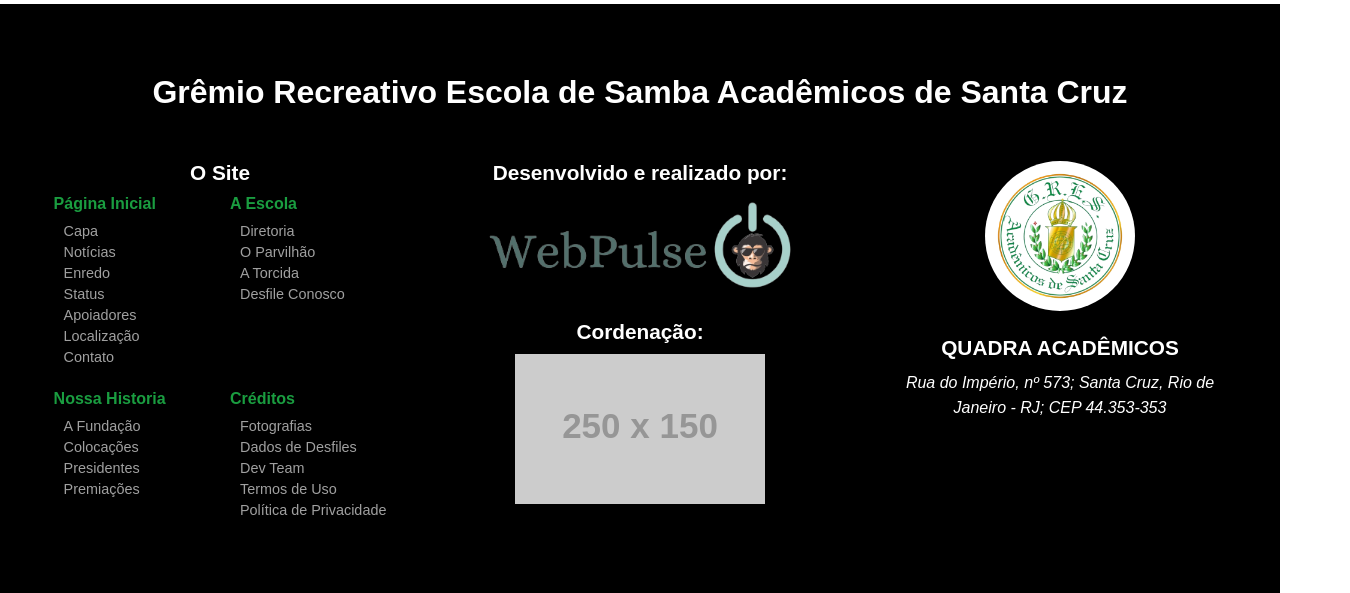
Repository: Lorsuz/gresasco
Page: index.html
An editor plug-in stored every save of this project. The page is shown before and after the next save, followed by the edit.
The browser window is 1280 px wide. The page is 1350 px wide, so the pictures cover 1350 px, including what lies to the right of the window. The pictures show the part of the page from y = 3546 to 4139 px (the page is 4139 px tall).
Some web fonts or font styles are not loaded; a fallback is used. The style sheet was rebuilt from its Sass, Less or Tailwind sources for each picture, by a compiler version that may differ from the author's.

Above is the page before, as saved 2023-11-05 17:34:01.

### index.html
<!DOCTYPE html>
<html lang="en">
	<head>
		<meta charset="UTF-8">
		<meta name="viewport" content="width=device-width, initial-scale=1.0">
		<link rel="shortcut icon" href="/components/assets/images/logo - gresasc.jpg" type="image/x-icon">
		<title>Home</title>
		<link rel="stylesheet" href="/components/css/partials/header.css">
		<link rel="stylesheet" href="/components/css/index.css">
		<link rel="stylesheet" href="/components/css/partials/footer.css">
		<link rel="stylesheet" href="https://cdnjs.cloudflare.com/ajax/libs/font-awesome/6.4.2/css/all.min.css" integrity="sha512-z3gLpd7yknf1YoNbCzqRKc4qyor8gaKU1qmn+CShxbuBusANI9QpRohGBreCFkKxLhei6S9CQXFEbbKuqLg0DA==" crossorigin="anonymous" referrerpolicy="no-referrer" />
		<link rel="stylesheet" href="https://cdn.jsdelivr.net/npm/swiper@11/swiper-bundle.min.css" />
		<link rel="stylesheet" href="https://cdn.jsdelivr.net/npm/bootstrap-icons@1.11.1/font/bootstrap-icons.css">
	</head>
	<body>
		<header class="wrapper">
			<article class="nav-bar wrapper__container">
				<section class="logo">
					<img src="/components/assets/images/logo - gresasc.jpg" alt="">
				</section>
				<nav>
					<ul>
						<li><a href="#">Página Inicial</a></li>
						<li><a href="#">A Escola</a></li>
						<li><a href="#">Nossa Historia</a></li>
						<li><a href="#">Socio Torcedor</a></li>
						<li><a href="#">Créditos</a></li>
					</ul>
				</nav>
			</article>
		</header>
		<main class="">
			<section class="cover wrapper">
				<div class="wrapper__container">
					<div class="left">
						<div class="container">
							<h2>Grêmio Recreativo Escola de Samba</h2>
							<h1>Acadêmicos de Santa Cruz</h1>
							<p>Bem-vindos! Aqui o samba é vida, a cultura é paixão e a alegria é eterna. No coração de Santa Cruz,
								encontre a felicidade em cada batida de tambor. Feliz da vida é quem tem a Santa Cruz no coração.</p>
							<a href="/components/pages/not-found.html">Ir para Loja</a>
						</div>
					</div>
					<div class="right">
						<div class="img">
							<img src="/components/assets/images/logo - gresasc.jpg" alt="">
						</div>
						<ul class="social-links">
							<li>
								<a href="">
									<i class="fa-brands fa-instagram"></i>
								</a>
							</li>
							<li>
								<a href="">
									<i class="fa-brands fa-facebook"></i>
								</a>
							</li>
							<li>
								<a href="">
									<i class="fa-brands fa-youtube"></i>
								</a>
							</li>
							<li>
								<a href="">
									<i class="fa-brands fa-x-twitter"></i>
								</a>
							</li>
						</ul>
					</div>
				</div>
			</section>
			<article class="nav-info">
				<section class="contact">
					<div>
						<i class="fa-solid fa-phone"></i>
						<span>+55 (43) 9 3421-7348</span>
					</div>
					<div>
						<i class="fa-solid fa-envelope"></i>
						<span>gresasc@academicos.com</span>
					</div>
				</section>
				<p>Siga-nos e consiga a chance de ganhar 80% de desconto</p>
				<section class="social-network">
					<span>Redes Sociais:</span>
					<div>
						<a href=""><i class="fa-brands fa-twitter"></i></a>
						<a href=""><i class="fa-brands fa-instagram"></i></a>
						<a href=""><i class="fa-brands fa-youtube"></i></a>
						<a href=""><i class="fa-brands fa-facebook"></i></a>
					</div>
				</section>
			</article>
			<section class="banner">
				<div class="slides">
				</div>
				<div class="prev"></div>
				<div class="next"></div>
				<div class="pagination"></div>
				<div class="img"><img src="https://placehold.co/1350x700" alt=""></div>
			</section>
			<section class="plot wrapper">
				<div class="description">
					<h2>Enredo 2024</h2>
					<h1>As bruxas estão soltas!</h1>
					<p>O enredo "As Bruxas Estão Soltas!" celebra o poder feminino, explorando a manifestação das energias
						ancestrais através da Deusa Terra e dos quatro elementos da criação.
					</p>
					<p> A narrativa aborda a conexão entre passado e presente, destacando as mulheres que, ao longo da
						história,
						detinham conhecimentos medicinais e
						espirituais, mas foram perseguidas sob a acusação de bruxaria.
					</p>
					<p>O enredo também aborda a resistência dessas
						mulheres e sua contínua luta contra o machismo e a intolerância, honrando a força do sagrado feminino e
						a
						capacidade de voar além dos limites impostos, como estrelas brilhantes no céu.</p>
					<span>Iae, gostou? Para ter acesso a nossa sinopse completa basta baixar o PDF a baixo:</span>
					<button class="custom-button">Baixar Sinopse</button>
				</div>
				<div class="disc-cover">
					<img src="/components/assets/images/Plot/plot-2024.jpeg" alt="Logo Enredo-2024">
					<div class="icons">
						<button id="play-song">
							<i class="bi bi-play"></i>
						</button>
						<button id="pause-song">
							<i class="bi bi-pause"></i>
						</button>
					</div>
				</div>
			</section>
			<section class="sponsors">
				<h1>Patrocinadores e Apoiadores</h1>
				<div class="swiper">
					<div class="swiper-wrapper"></div>
					<div class="swiper-pagination"></div>
				</div>
			</section>
			<section class="details">
				<ul>
					<li>
						<h2>15</h2>
						<h3>Anos</h3>
					</li>
					<li>
						<h2>150K</h2>
						<h3>Membros</h3>
					</li>
					<li>
						<h2>15</h2>
						<h3>Trofeus</h3>
					</li>
					<li>vb
						<h2>100+</h2>
						<h3>Patrocinios</h3>
					</li>
				</ul>
			</section>
			<section class="map">
				<iframe src="https://www.google.com/maps/embed?pb=!1m18!1m12!1m3!1d3674.902216920123!2d-43.69324992558163!3d-22.916977238233624!2m3!1f0!2f0!3f0!3m2!1i1024!2i768!4f13.1!3m3!1m2!1s0x9bf7524c69eb5b%3A0xc5d324fb7fbbd336!2sR.%20do%20Imp%C3%A9rio%2C%20573%20-%20Santa%20Cruz%2C%20Rio%20de%20Janeiro%20-%20RJ%2C%2023555-024!5e0!3m2!1spt-BR!2sbr!4v1698871972883!5m2!1spt-BR!2sbr" width="600" height="450" style="border:0;" allowfullscreen="" loading="lazy" referrerpolicy="no-referrer-when-downgrade"></iframe>
			</section>
		</main>
		<footer>
			<h1>Grêmio Recreativo Escola de Samba Acadêmicos de Santa Cruz</h1>
			<section class="container wrapper">
				<article class="structure">
					<h2>O Site</h2>
					<ul>
						<li><a href="#">Página Inicial</a>
							<ul>
								<li><a href="">Capa</a></li>
								<li><a href="">Notícias</a></li>
								<li><a href="">Enredo</a></li>
								<li><a href="">Status</a></li>
								<li><a href="">Apoiadores</a></li>
								<li><a href="">Localização</a></li>
								<li><a href="">Contato</a></li>
							</ul>
						</li>
						<li><a href="#">A Escola</a>
							<ul>
								<li><a href="">Diretoria</a></li>
								<li><a href="">O Parvilhão</a></li>
								<li><a href="">A Torcida</a></li>
								<li><a href="">Desfile Conosco</a></li>
							</ul>
						</li>
						<li><a href="#">Nossa Historia</a>
							<ul>
								<li><a href="">A Fundação</a></li>
								<li><a href="">Colocações</a></li>
								<li><a href="">Presidentes</a></li>
								<li><a href="">Premiações</a></li>
							</ul>

						</li>
						<li><a href="#">Créditos</a>
							<ul>
								<li><a href="">Fotografias</a></li>
								<li><a href="">Dados de Desfiles</a></li>
								<li><a href="">Dev Team</a></li>
								<li><a href="">Termos de Uso</a></li>
								<li><a href="">Política de Privacidade</a></li>
							</ul>
						</li>
				</article>
				<article class="dev">
					<h2>Desenvolvido e realizado por:</h2>
					<div class="img"><img src="/components/assets/images/Logo/webpulse sem bg.png" alt="Logo do Desenvolvedor"></div>
					<h2>Cordenação:</h2>
					<img src="https://placehold.co/250x150" alt="Logo da Cordenação">
				</article>
				<article class="address">
					<img src="/components/assets/images/Logo/santa-cruz-logo-removebg-preview.png" alt="Logo da escola">
					<h2>QUADRA ACADÊMICOS</h2>
					<address>Rua do Império, nº 573; Santa Cruz, Rio de Janeiro - RJ; CEP 44.353-353</address>
				</article>
			</section>
		</footer>
		<script type="module" src="/components/js/index.js" deffer></script>
		<script src="https://cdn.jsdelivr.net/npm/swiper@11/swiper-bundle.min.js" deffer></script>
	</body>
</html>

### components/js/index.js
import './APIs/Sponsors.js';

### components/js/APIs/Sponsors.js
import sponsors from '../functions/Swiper.js';

const container = document.querySelector( '.sponsors .swiper-wrapper' );

fetch( "components/json/data.json" ).then( ( response ) => {
	response.json().then( ( data ) => {
		data.sponsors.map( ( obj ) => {
			container.innerHTML +=
				`
				<div class="swiper-slide">
				<img
					src="${ obj.image }"
					alt="${ obj.alt }">
				</div>
				`;
		} );
		sponsors();
	} );
} );

### components/js/functions/Swiper.js
import SwiperConfigSponsors from "../classes/SwiperConfigSponsors.js";

function sponsors() {
	return new Swiper('.sponsors .swiper', SwiperConfigSponsors);
}

export default sponsors

### components/js/classes/SwiperConfigSponsors.js
const SwiperConfigSponsors = {
	direction: 'horizontal',
	loop: true,
	slidesPerView: 1,
	grabCursor: true,
	autoplay: {
		delay: 2500,
		disableOnInteraction: false,
	},
	pagination: {
		el: '.swiper-pagination',
		clickable: true,
	},
	navigation: {
		nextEl: '.swiper-button-next',
		prevEl: '.swiper-button-prev',
	},
	scrollbar: {
		el: '.swiper-scrollbar',
	},
	mousewheel: {
		forceToAxis: true,
	},
	breakpoints: {
		740: {
			slidesPerView: 2,
		},
		1024: {
			slidesPerView: 3,
		},
	},
};

export default SwiperConfigSponsors;

### components/json/data.json
{
	"sponsors": [
		{
			"image": "https://upload.wikimedia.org/wikipedia/commons/thumb/c/ce/Coca-Cola_logo.svg/2560px-Coca-Cola_logo.svg.png",
			"alt": ""
		},
		{
			"image": "https://upload.wikimedia.org/wikipedia/commons/thumb/e/e9/Pepsi_logo_2008.svg/2560px-Pepsi_logo_2008.svg.png",
			"alt": ""
		},
		{
			"image": "https://1000logos.net/wp-content/uploads/2017/03/McDonalds-Logo-1953.png",
			"alt": ""
		},
		{
			"image": "https://responseservices.net/public/uploads/employer/JOBPORTAL-1639545744.png",
			"alt": ""
		},
		{
			"image": "https://seeklogo.com/images/C/Corinthians_Bras_and__227_o-logo-E92E44B595-seeklogo.com.png",
			"alt": ""
		},
		{
			"image": "https://upload.wikimedia.org/wikipedia/commons/thumb/6/6f/Brasao_do_Sao_Paulo_Futebol_Clube.svg/2054px-Brasao_do_Sao_Paulo_Futebol_Clube.svg.png",
			"alt": ""
		},
		{
			"image": "/components/assets/images/Sponsors/La-Dame-Femme.png",
			"alt": ""
		}
	]
}

### components/sass/partials/header.scss
@import url("./global.css");

header {
	* {
		color: rgb(218, 218, 218);
	}

	.nav-bar {
		display: flex;
		justify-content: space-between;
		align-items: center;

		section {
			height: 70px;

			&.logo {
				display: flex;
				align-items: center;
				justify-content: center;

				img {
					width: 60px;
					margin-right: 15px;
				}

				span {
					font-size: 2rem;
					color: var(--color-text-soft);
					font-weight: bold;
				}
			}

		}

		nav {
			display: flex;

			ul {
				display: flex;

				li {
					margin: 0 20px;

					a {
						color: var(--color-text-soft);
						font-weight: bold;
						position: relative;

						&::after {
							content: "";
							width: 0%;
							position: absolute;
							height: 3px;
							background: var(--color-primary-soft);
							top: 100%;
							left: 0;
							transition: 300ms ease-in-out;
							transform-origin: right;
						}

						&:hover::after {
							width: 100%;
						}
					}
				}
			}

		}
	}
}

### components/sass/index.scss
@import url("./partials/global.css");

main {

	.cover {
		height: 85vh;

		> div {
			align-items: center;
			display: flex;
			justify-content: space-between;

			> div {

				&.left {
					width: 50%;

					.container {
						h2 {
							color: var(--color-primary-soft);
							font-family: wedding;
							font-size: 2.5rem;
						}

						h1 {
							color: var(--color-primary-soft);
							font-family: wedding;
							font-size: 3.9rem;
							margin-bottom: 20px;
						}

						p {
							color: var(--color-text-soft);
							font-size: 1.1rem;
							margin-bottom: 50px;
						}

						a {
							background: var(--color-primary-soft);
							border-radius: 10px 0;
							color: var(--color-white);
							display: inline-block;
							font-weight: bold;
							padding: 10px 50px;

							&:hover {
								background: var(--color-primary);
								border-radius: 0px 10px;
							}
						}
					}
				}

				&.right {
					width: 40%;

					.img {
						align-items: center;
						display: flex;
						justify-content: center;
						margin-bottom: 0px;

						img {
							width: 450px;
						}
					}

					.social-links {
						display: flex;
						justify-content: center;

						li {
							margin: 0 10px;
							position: relative;
							top: 0;

							a {
								i {
									font-size: 2.4rem;
									color: var(--color-text-soft);

								}
							}

							&:hover {
								top: -5px;

								a {
									i {
										color: var(--color-primary-soft);

									}


								}
							}

						}
					}
				}
			}
		}
	}

	.nav-info {
		background: var(--color-primary);
		display: flex;
		justify-content: space-between;
		align-items: center;
		height: 40px;
		padding: 0 2%;
		grid-column: 1 / 13;

		* {

			color: #fff;
		}


		> p {
			cursor: pointer;
			font-size: 0.8rem;


			&:hover {
				color: white;
			}
		}

		section {
			display: flex;

			&.contact {
				div {
					display: flex;
					align-items: center;
					margin-right: 30px;
					cursor: pointer;

					i {
						margin-right: 5px;
					}

					span {
						font-size: 0.8rem;
					}

					&:hover {

						i,
						span {
							color: white;

						}
					}
				}
			}

			&.social-network {
				display: flex;
				align-items: center;
				justify-content: center;

				span {
					margin-right: 15px;
					font-size: 0.8rem;

				}

				a {
					margin: 0 3px;

					i {
						font-size: 1.2rem;
					}

					&:hover {
						i {
							color: white;
							cursor: pointer;

						}
					}
				}
			}
		}
	}

	.plot {
		align-items: center;
		min-height: 100vh ;


		.description {
			grid-column: 2/7;

			h2 {
				font-size: 2rem;
				color: var(--color-primary);
			}

			h1 {
				margin-bottom: 20px;
				font-size: 2.5rem;
				color: var(--color-text);
			}

			p {
				color: var(--color-text-soft);
				text-align: justify;
				margin-bottom: 10px;
			}

			span {
				margin-top: 30px;
				margin-bottom: 20px;
				display: block;
				color: var(--color-text);
			}

			button {
				display: block;
			}
		}

		.disc-cover {
			grid-column: 8/13;
			display: flex;
			justify-content: center;
			align-items: center;
			position: relative;
			width: 500px;
			box-shadow: -10px -10px 10px 0 #fff, 10px 10px 10px 0 rgba(0, 0, 0, 0.600);
			height: 400px;
			overflow: hidden;
			border-radius: 6px;


			img {
				display: flex;
				justify-content: center;
				align-items: center;
				width: 100%;
				height: 100%;
				object-fit: cover;
			}

			.icons {
				align-items: center;
				background: rgba(0, 0, 0, 0.6);
				border-radius: 6px;
				display: flex;
				height: 100%;
				justify-content: center;
				left: 0;
				opacity: 0;
				position: absolute;
				top: 0;
				transition: 300ms;
				width: 100%;


				button {
					align-items: center;
					border-radius: 50%;
					border: 3px solid transparent;
					cursor: pointer;
					display: flex;
					height: 80px;
					justify-content: center;
					transition: 300ms;
					width: 80px;
					background: #000;


					i {
						color: white;
						font-size: 4rem;
					}

					&#play-song {
						padding-left: 8px;
					}

					&#pause-song {
						display: none;
					}

					&:hover {
						border: 3px solid white;
					}
				}
			}


			&:hover .icons {
				opacity: 1;
			}


		}

	}

	.sponsors {
		padding: 50px 0;
		height: 500px;

		h1 {
			font-size: 2rem;
			text-align: center;
			text-transform: uppercase;
			font-family: Poppins, sans-serif;
			color: var(--color-text);

		}

		.swiper {
			.swiper-wrapper {
				height: 300px;

				.swiper-slide {
					display: flex;
					align-items: center;
					justify-content: center;
					overflow: hidden;
					border-radius: 5px;

					img {
						width: 350px;
						height: 200px;
						object-fit: scale-down;
					}
				}
			}

			.swiper-button-prev {}

			.swiper-button-next {}

			.swiper-pagination {
				.swiper-pagination-bullet {
					background: var(--color-primary);
				}
			}

			.scrollbar {}

		}
	}
	.details{
		display: flex;
		justify-content: center;
		align-items: center;
		min-height: 400px;
		ul{
			display: flex;
			li{
				padding: 40px;
				h2{
					font-size: 5rem;
					color: var(--color-text);
					text-align: center;
				}
				h3{
					color: var(--color-text-soft);
					text-align: center;

				}
			}
		}
	}
	.map{
		iframe{
			width: 100%;
			height: 500px;
		}
	}
}

### components/sass/partials/footer.scss
@import url('./global.css');

footer {
	background: #000;
	padding: 70px 20px;

	* {
		color: #fff;
	}

	h1 {
		text-align: center;
		margin-bottom: 50px;
	}

	.container {
		grid-template-columns: repeat(3, 1fr);
		gap: 20px;


		article {
			display: flex;
			flex-direction: column;
			align-items: center;

			h2 {
				font-size: 1.3rem;
				margin-bottom: 10px;
			}

			&.structure {
				grid-column: 1fr;

				> ul {
					display: grid;
					grid-template-columns: 1fr 1fr;
					justify-content: center;
					gap: 20px;

					> li {
						display: inline-block;
						grid-column: 1fr;

						> a {
							color: var(--color-primary-soft);
							font-size: 1rem;
							display: block;
							margin-bottom: 10px;
							font-weight: bold;

							&:hover {
								color: var(--color-primary);
								text-decoration: underline;

							}
						}

						> ul {
							> li {
								padding-left: 10px;

								> a {
									color: var(--color-gray);
									font-size: 0.9rem;
									margin-bottom: 5px;
									display: block;

									&:hover {
										color: var(--color-white);
										text-decoration: underline;
									}
								}
							}
						}
					}
				}
			}

			&.dev {
				grid-column: 1fr;

				.img {
					overflow: hidden;
					display: flex;
					align-items: center;
					justify-content: center;
					width: 305px;
					height: 100px;
					position: relative;
					margin-bottom: 25px;



					img {
						width: 500px;
						position: absolute;
						// clip-path: polygon(19% 30%, 81% 30%, 81% 70%, 19% 70%);
					}
				}

			}

			&.address {
				grid-column: 1fr;

				img {
					width: 150px;
					margin-bottom: 30px;
					border-radius: 50%;
					margin-bottom: 25px;
					background: #fff;
				}

				address {
					text-align: center;
					width: 80%;
					line-height: 25px;
				}

			}
		}
	}
}

### components/sass/partials/global.scss
@import url("https://fonts.googleapis.com/css2?family=Clicker+Script&display=swap");
@import url('https://fonts.googleapis.com/css2?family=Poppins:ital,wght@0,100;0,200;0,300;0,400;0,500;0,600;0,700;0,800;0,900;1,100;1,200;1,300;1,400;1,500;1,600;1,700;1,800;1,900&display=swap');

@font-face {
	font-family: wedding;
	src: url("/components/assets/fonts/Wedding\ Text\ Std\ Regular.otf");
}

@font-face {
	font-family: Poppins;
	src: url("https://fonts.googleapis.com/css2?family=Poppins:ital,wght@0,100;0,200;0,300;0,400;0,500;0,600;0,700;0,800;0,900;1,100;1,200;1,300;1,400;1,500;1,600;1,700;1,800;1,900&display=swap");
}

// @import "./animations/@keyframes.css";

:root {

	--color-primary: #008025;
	--color-black: #000000;
	--color-white: #ffffff;
	--color-gray: #a0a0a0;
	--color-text: #302e4d;

	--color-primary-soft: #1a9d40;
	--color-black-soft: #252525;
	--color-white-soft: #f2f2fc;
	--color-gray-soft: #e8dfec;
	--color-text-soft: #504e70;
}

button {
	cursor: pointer;

	* {
		cursor: pointer;
	}

	i {
		color: var(--color-primary);
		font-size: 25px;
		transition: transform 500ms ease-in-out;
	}
}

* {
	margin: 0;
	padding: 0;
	outline: none;
	border: none;
	text-decoration: none;
	box-sizing: border-box;
	list-style: none;
	font-family: "Poppins", sans-serif;
	font-family: Arial, Helvetica, sans-serif;
	transition: 300ms ease-in-out;
	// outline: 1px dotted var(--color-black-soft);
	color: var(--color-black-soft);
	background: transparent;
}

body {
	width: 100hw;
	overflow-x: hidden;

	&::-webkit-scrollbar {
		width: 5px;
	}

	&::-webkit-scrollbar-track {
		background: var(--background-middle);
	}

	&::-webkit-scrollbar-thumb {
		background: var(--color-primary);
		border-radius: 10px;
	}
}

main {
	min-height: 100vh;

	> section {
		// height: 100vh;
	}
}

.wrapper {
	display: grid;
	grid-template-columns: repeat(12, 1fr);

	.wrapper__container {
		grid-column: 2 / 12;
	}
}

.custom-button {
	display: inline-block;
	padding: 10px 50px;
	background: var(--color-primary-soft);
	color: var(--color-white);
	font-weight: bold;
	border-radius: 10px 0;
	font-size: 1.1rem;

	&:hover {
		background: var(--color-primary);
		border-radius: 0px 10px;
	}
}

After the next save:
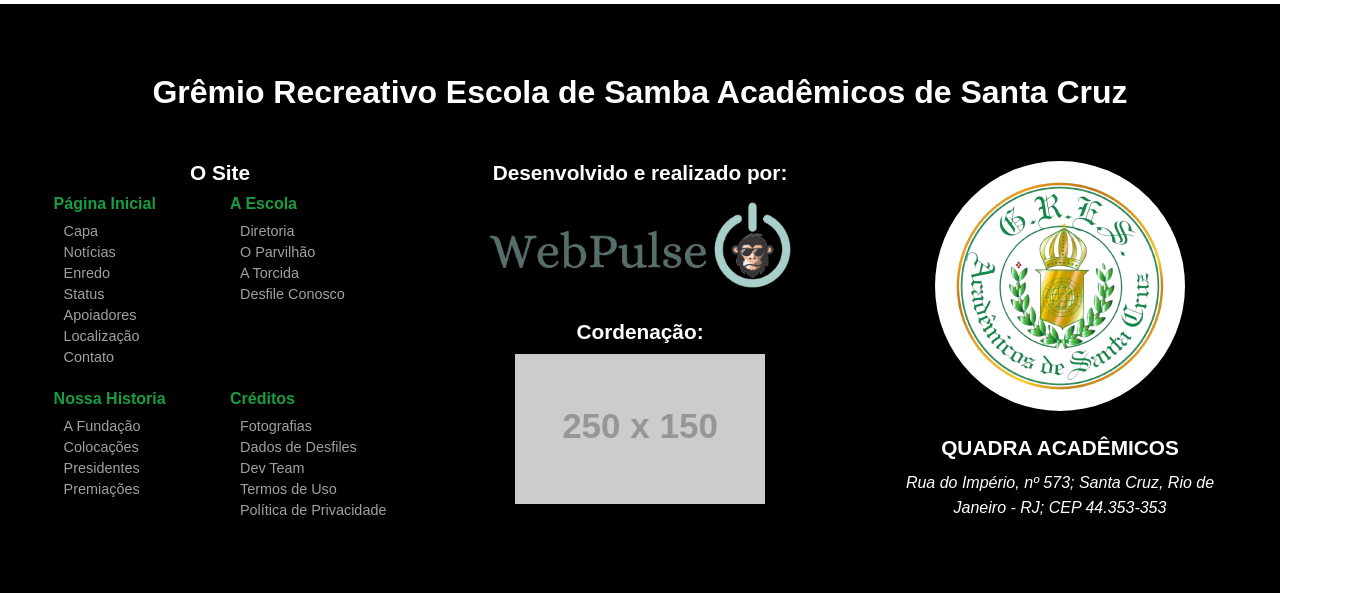
Saved 6 min 5 s later.
--- a/components/sass/partials/footer.scss
+++ b/components/sass/partials/footer.scss
@@ -26,6 +26,10 @@ footer {
 			h2 {
 				font-size: 1.3rem;
 				margin-bottom: 10px;
+			}
+
+			img {
+				width: 250px;
 			}
 
 			&.structure {
@@ -104,8 +108,6 @@ footer {
 				grid-column: 1fr;
 
 				img {
-					width: 150px;
-					margin-bottom: 30px;
 					border-radius: 50%;
 					margin-bottom: 25px;
 					background: #fff;
